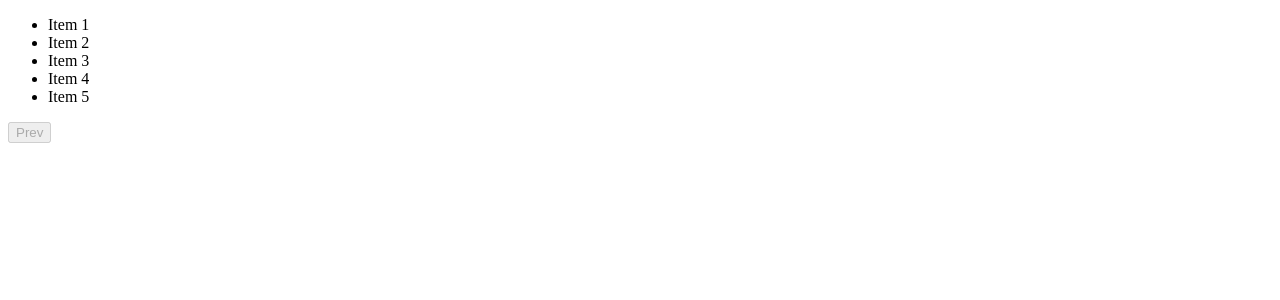
Repository: Vardhan1999/Daily-React-Apps
Page: /
The author's editor kept a copy of each file at every save. The page is drawn from the files as they stood at one save, then again after the next save.
The browser window is 1280 px wide. The pictures show the whole page.
The project was rebuilt for these pictures with package versions that can differ from the ones it lists, and the page was loaded fresh each time. Also part of the build but not shown: vite.config.js, src/index.css.

Above is the page before, as saved 2025-11-17 23:54:32.

### src/App.jsx
import { useState } from "react";

export default function App() {
    const items = Array.from({ length: 30 }, (_, i) => `Item ${i + 1}`);
    const [page, setPage] = useState(1);
    const perPage = 5;
    const start = (page - 1) * perPage;
    const paginated = items.slice(start, start + perPage);

    return (
        <div>
            <ul>{paginated.map(item => <li key={item}>{item}</li>)}</ul>
            <button disabled={page === 1} onClick={() => setPage(page - 1)}>Prev</button>
        </div>
    )
}

Loaded but not shown: index.html (common file); src/main.jsx (common file)

After the next save:
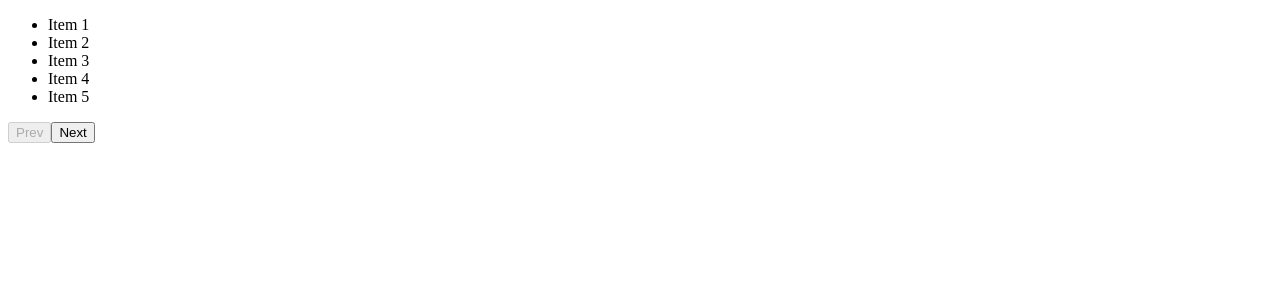
Saved 63 s later.
--- a/src/App.jsx
+++ b/src/App.jsx
@@ -11,6 +11,7 @@ export default function App() {
         <div>
             <ul>{paginated.map(item => <li key={item}>{item}</li>)}</ul>
             <button disabled={page === 1} onClick={() => setPage(page - 1)}>Prev</button>
+            <button disabled={start + perPage >= items.length}>Next</button>
         </div>
     )
 }
